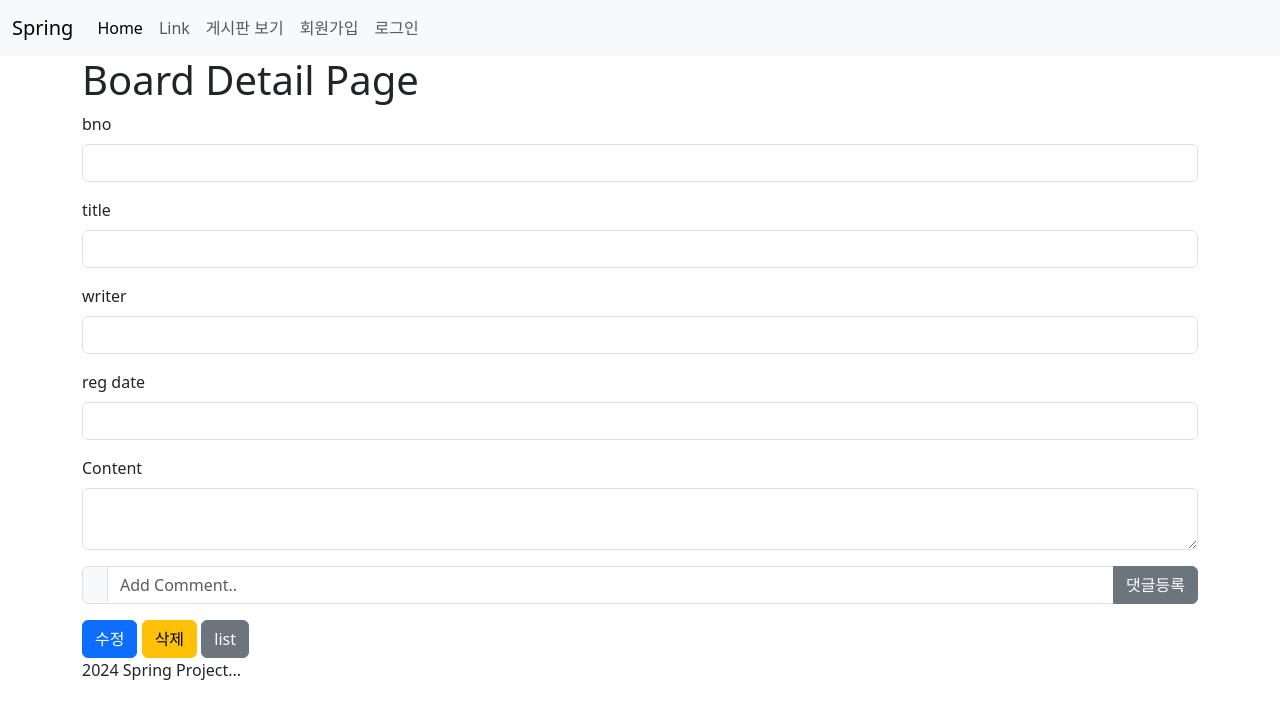
Repository: gajami-kim/240430_Spring_Study
Page: http://localhost/spring_study/WEB-INF/views/board/detail.jsp
These files come from the project's save history. The page is drawn as it stood at one moment and after the next save; the edit follows.
The browser window is 1280 px wide. The pictures show the whole page.
The page is served by Tomcat 9. Nobody is signed in. The template is opened directly, without the code that normally fills it, so the values that code supplies are empty.

Above is the page before, as saved 2024-04-26 02:43:48.

### spring_study/src/main/webapp/WEB-INF/views/board/detail.jsp
<%@ page language="java" contentType="text/html; charset=UTF-8"
    pageEncoding="UTF-8"%>
    <%@ taglib uri="http://java.sun.com/jsp/jstl/core" prefix="c"%>
<jsp:include page="../layout/header.jsp" />

<div class="container-sm">
<h1>Board Detail Page</h1>
	<div class="mb-3">
	  <label for="n" class="form-label">bno</label>
	  <input type="text" class="form-control" name="bno" id="n" value="${bvo.bno }" readonly="readonly">
	</div>
	<div class="mb-3">
	  <label for="t" class="form-label">title</label>
	  <input type="text" class="form-control" name="title" id="t" value="${bvo.title }" readonly="readonly">
	</div>
	<div class="mb-3">
	  <label for="w" class="form-label">writer</label>
	  <input type="text" class="form-control" name="writer" id="w" value="${bvo.writer }" readonly="readonly">
	</div>
	<div class="mb-3">
	  <label for="r" class="form-label">reg date</label>
	  <input type="text" class="form-control" name="reg_date" id="r" aria-label="With textarea" value="${bvo.reg_date }" readonly="readonly"></input>
	</div>
	<div class="mb-3">
	  <label for="c" class="form-label">Content</label>
	  <textarea class="form-control" name="content" id="c" aria-label="With textarea" readonly="readonly">${bvo.content }</textarea>
	</div>

	<!-- Comment Line -->
	<!-- 댓글 등록 라인 -->
	<div class="input-group mb-3">
	  <span class="input-group-text" id="cmtWriter">${ses.id }</span>
	  <input type="text" id="cmtText" class="form-control" placeholder="Add Comment.." aria-label="Username" aria-describedby="basic-addon1">
	  <button type="button" id="cmtAddBtn" class="btn btn-secondary">댓글등록</button>
	</div>

	<!-- 댓글 출력 라인 -->

	<c:if test="${ses.id eq bvo.writer }">
		<a href="/board/modify?bno=${bvo.bno }"><button type="button" class="btn btn-primary">수정</button></a>
		<a href="/board/remove?bno=${bvo.bno }"><button type="button" class="btn btn-warning">삭제</button></a>
	</c:if>
	<a href="/board/list"><button type="button" class="btn btn-secondary">list</button></a>
</div>

<jsp:include page="../layout/footer.jsp" />

### spring_study/src/main/webapp/WEB-INF/views/layout/header.jsp
<%@ page language="java" contentType="text/html; charset=UTF-8"
    pageEncoding="UTF-8"%>
    <%@ taglib uri="http://java.sun.com/jsp/jstl/core" prefix="c"%>
<!DOCTYPE html>
<html>
<head>
<meta charset="UTF-8">
<title>header.jsp</title>
</head>
<link href="https://cdn.jsdelivr.net/npm/bootstrap@5.3.3/dist/css/bootstrap.min.css" rel="stylesheet" integrity="sha384-QWTKZyjpPEjISv5WaRU9OFeRpok6YctnYmDr5pNlyT2bRjXh0JMhjY6hW+ALEwIH" crossorigin="anonymous">
<script src="https://cdn.jsdelivr.net/npm/bootstrap@5.3.3/dist/js/bootstrap.bundle.min.js" integrity="sha384-YvpcrYf0tY3lHB60NNkmXc5s9fDVZLESaAA55NDzOxhy9GkcIdslK1eN7N6jIeHz" crossorigin="anonymous"></script>
<body>
<nav class="navbar navbar-expand-lg bg-body-tertiary">
  <div class="container-fluid">
  	<!-- href로 '/'만 달면 HomeController에 의해 index로 이동 -->
    <a class="navbar-brand" href="/">Spring</a>
    <button class="navbar-toggler" type="button" data-bs-toggle="collapse" data-bs-target="#navbarSupportedContent" aria-controls="navbarSupportedContent" aria-expanded="false" aria-label="Toggle navigation">
      <span class="navbar-toggler-icon"></span>
    </button>
    <div class="collapse navbar-collapse" id="navbarSupportedContent">
      <ul class="navbar-nav me-auto mb-2 mb-lg-0">
        <li class="nav-item">
          <a class="nav-link active" aria-current="page" href="/">Home</a>
        </li>
        <li class="nav-item">
          <a class="nav-link" href="/">Link</a>
        </li>
        <c:if test="${ses.id ne null }">
        <li class="nav-item">
          <a class="nav-link" href="/board/register">게시판 글쓰기</a>
        </li>
        </c:if>
        <li class="nav-item">
          <a class="nav-link" href="/board/list">게시판 보기</a>
        </li>
        <c:if test="${ses.id eq null }">
        <li class="nav-item">
          <a class="nav-link" href="/member/register">회원가입</a>
        </li>
        <li class="nav-item">
          <a class="nav-link" href="/member/login">로그인</a>
        </li>
        </c:if>
        <c:if test="${ses.id ne null }">
        <li class="nav-item">
          <a class="nav-link" href="/member/logout">로그아웃</a>
        </li>
        <li class="nav-item">
          <a class="nav-link" href="/member/modify">${ses.id }(${ses.email }) Welcome!!</a>
        </li>
        </c:if>
      </ul>
    </div>
  </div>
</nav>

### spring_study/src/main/webapp/WEB-INF/views/layout/footer.jsp
<%@ page language="java" contentType="text/html; charset=UTF-8"
    pageEncoding="UTF-8"%>

<div class="container-sm">
	2024 Spring Project...
</div>

</body>
</html>

After the next save:
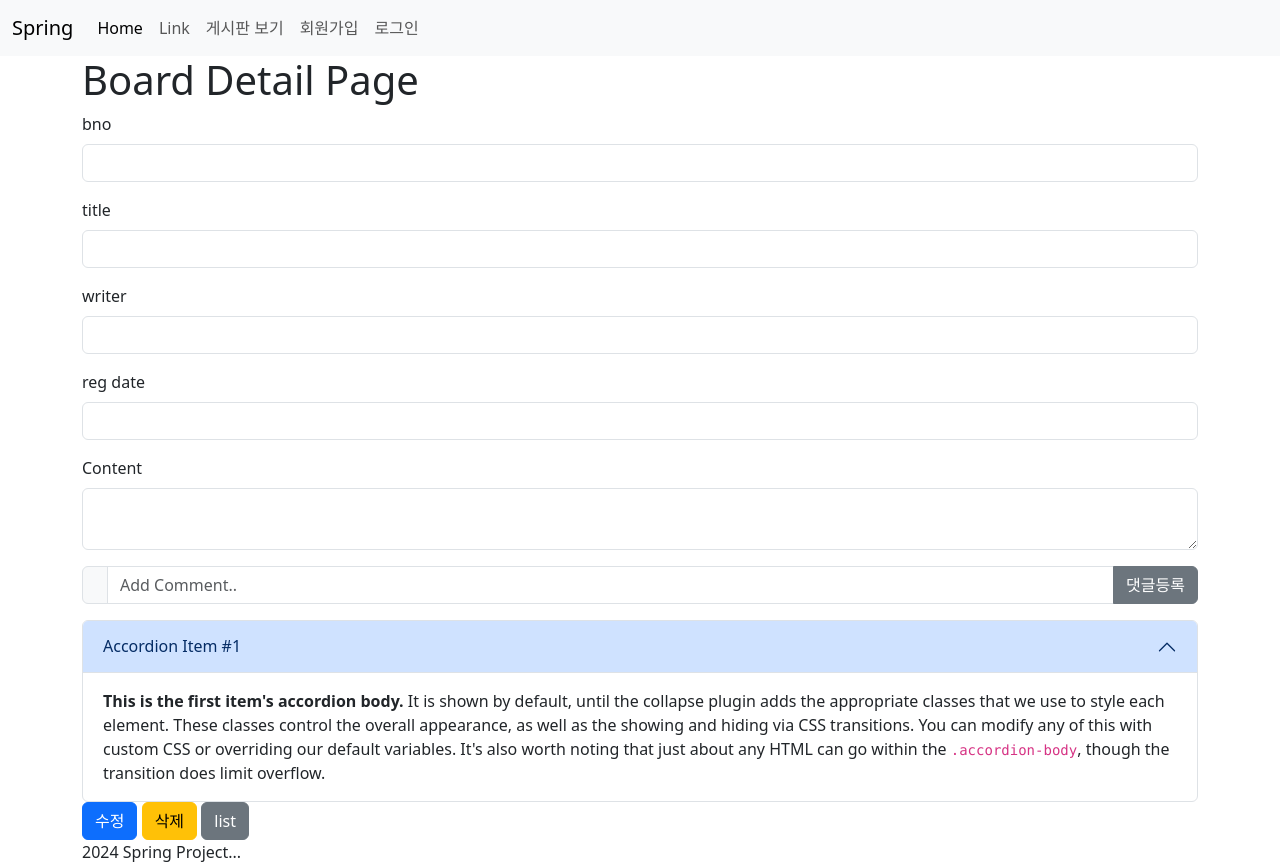
Saved 103 s later.
--- a/spring_study/src/main/webapp/WEB-INF/views/board/detail.jsp
+++ b/spring_study/src/main/webapp/WEB-INF/views/board/detail.jsp
@@ -35,6 +35,20 @@
 	</div>
 
 	<!-- 댓글 출력 라인 -->
+	<div class="accordion" id="accordionExample">
+	  <div class="accordion-item">
+	    <h2 class="accordion-header">
+	      <button class="accordion-button" type="button" data-bs-toggle="collapse" data-bs-target="#collapseOne" aria-expanded="true" aria-controls="collapseOne">
+	        Accordion Item #1
+	      </button>
+	    </h2>
+	    <div id="collapseOne" class="accordion-collapse collapse show" data-bs-parent="#accordionExample">
+	      <div class="accordion-body">
+	        <strong>This is the first item's accordion body.</strong> It is shown by default, until the collapse plugin adds the appropriate classes that we use to style each element. These classes control the overall appearance, as well as the showing and hiding via CSS transitions. You can modify any of this with custom CSS or overriding our default variables. It's also worth noting that just about any HTML can go within the <code>.accordion-body</code>, though the transition does limit overflow.
+	      </div>
+	    </div>
+	  </div>
+	</div>
 
 	<c:if test="${ses.id eq bvo.writer }">
 		<a href="/board/modify?bno=${bvo.bno }"><button type="button" class="btn btn-primary">수정</button></a>
